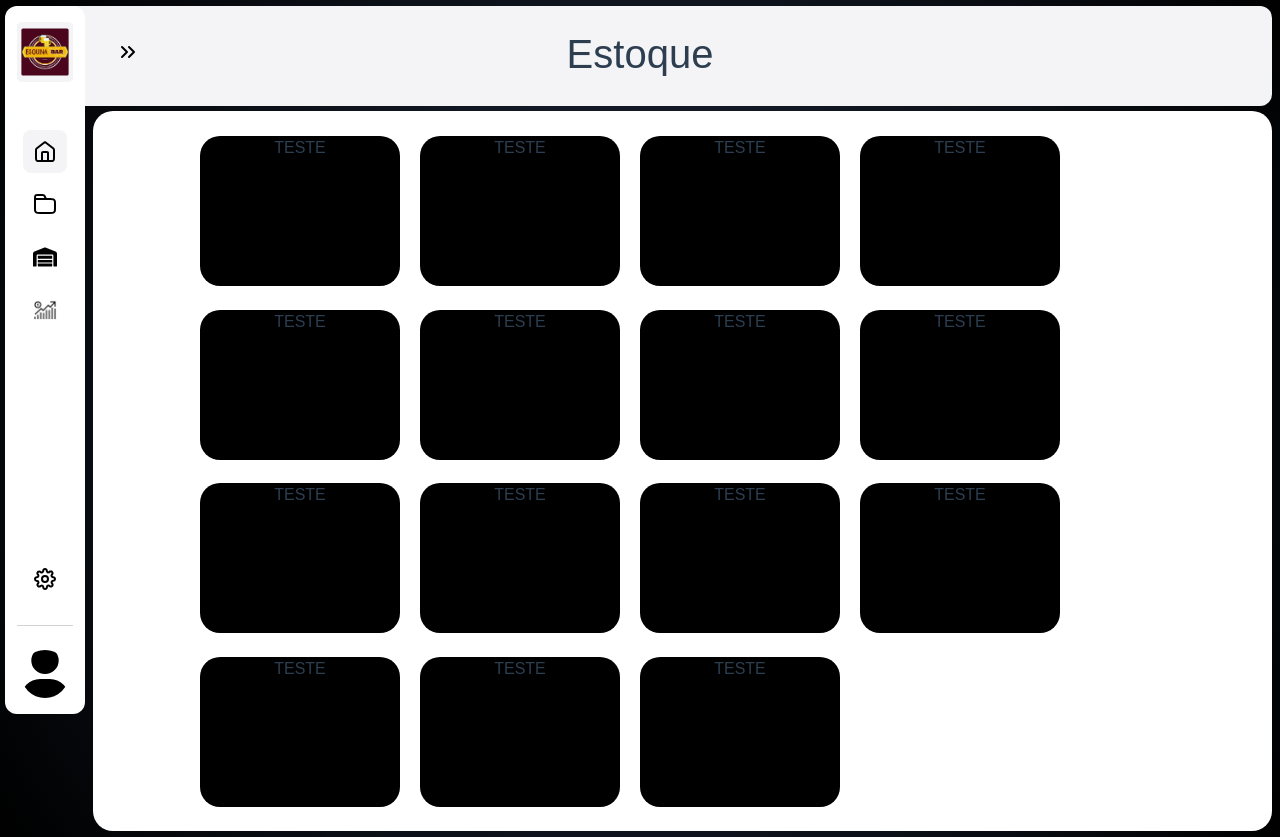
Repository: jazaoo13/Projeto_Oficina_Integracao
Page: / (app in Aplicacao_vue/)
An editor plug-in stored every save of this project. The page is shown before and after the next save, followed by the edit.
The browser window is 1280 px wide. The pictures show the whole page.
The page's requests for data from a server got no answer. The project was rebuilt for these pictures with package versions that can differ from the ones it lists, and the page was loaded fresh each time. No one was signed in, and anything a server would have sent is missing. Also part of the build but not shown: Aplicacao_vue/vue.config.js, Aplicacao_vue/src/View/jazao.vue.

Above is the page before, as saved 2023-11-19 17:11:59.

After the next save:
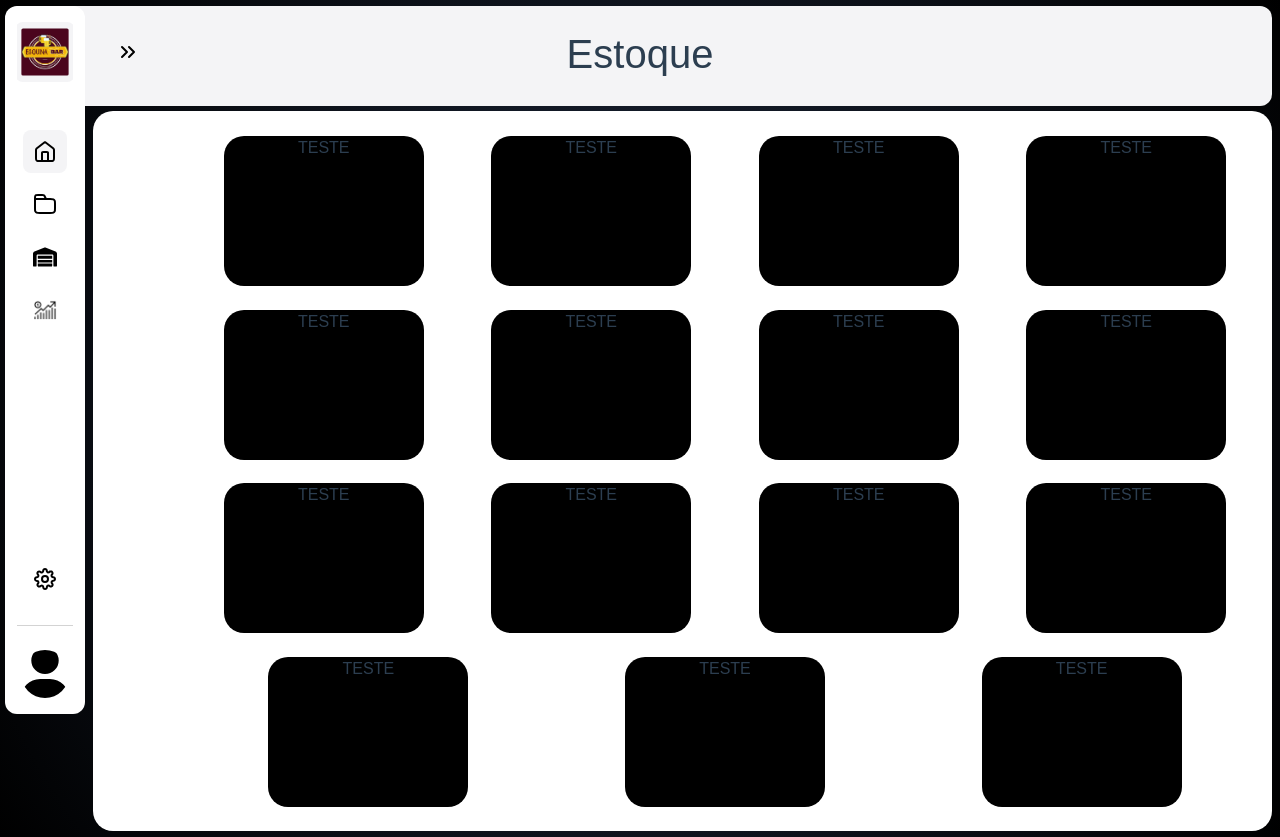
Saved 11 s later.
--- a/Aplicacao_vue/src/components/EstoqueView.vue
+++ b/Aplicacao_vue/src/components/EstoqueView.vue
@@ -82,5 +82,5 @@ export default {
     display: flex;
     flex-direction: row;
     flex-wrap: wrap;
-    justify-items: center;
+    justify-content: space-around;
 }</style>
